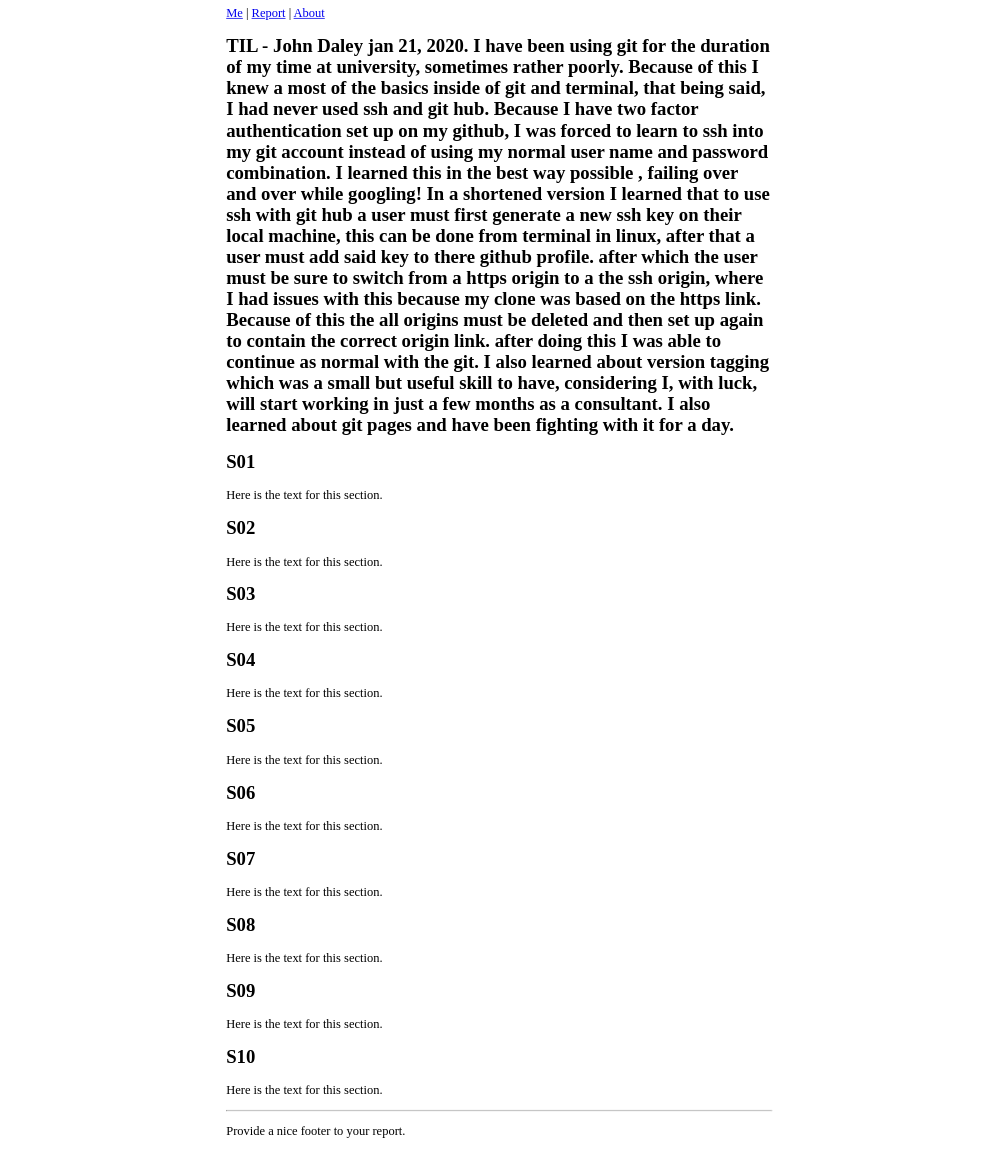
Repository: Webbprogrammering/websoft
Page: work/report/report.html
An editor plug-in stored every save of this project. The page is shown before and after a run of saves, followed by the edit.
The browser window is 1280 px wide. The pictures show the whole page, at 78% of full size.

Above is the page before, as saved 2020-01-24 07:34:53.

After the next 2 saves:
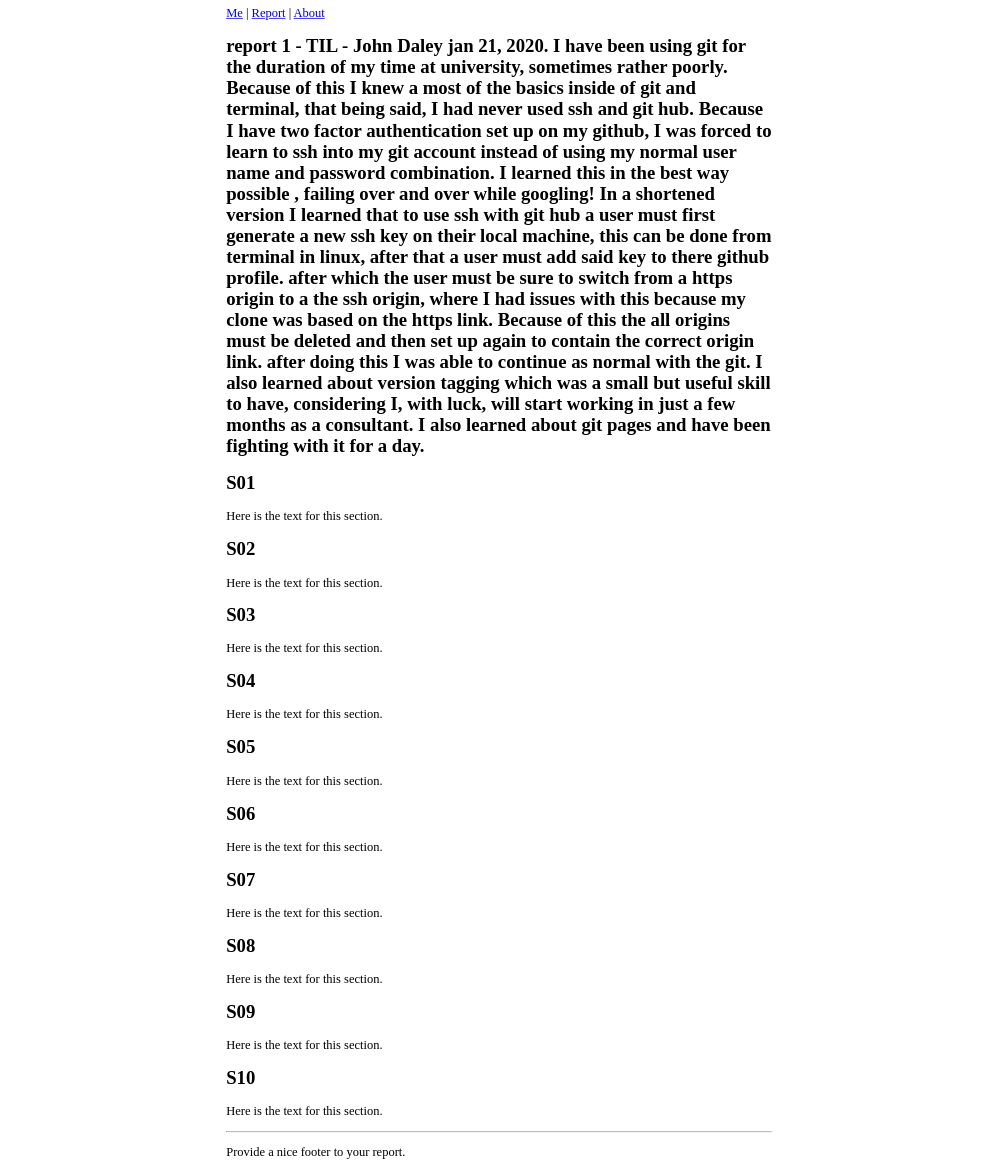
The 2 saves are shown as one change because they came seconds apart.
The last was saved 11 s later.
--- a/work/report/report.html
+++ b/work/report/report.html
@@ -25,7 +25,7 @@
 
 <header>
 <h1>
-    TIL - John Daley jan 21, 2020.
+    report 1 - TIL - John Daley jan 21, 2020.
 
 I have been using git for the duration of my time at university, sometimes rather poorly.
 Because of this I knew a most of the basics inside of git and terminal, that being said, I had never
